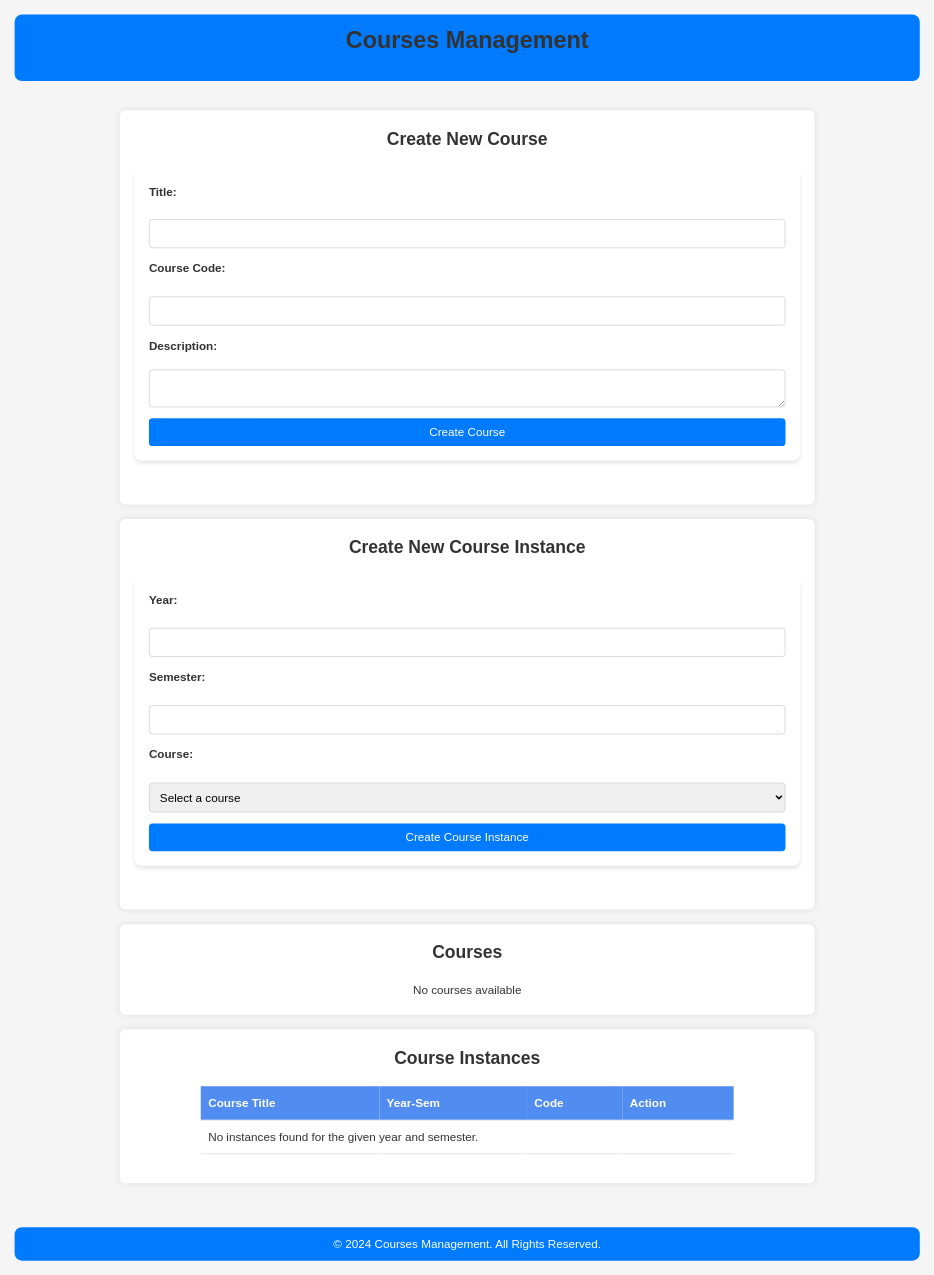
Repository: Rajdeep00-bit/Course_frontend
Page: /
The author's editor kept a copy of each file at every save. The page is drawn from the files as they stood at one save, then again after the next save.
The browser window is 1280 px wide. The pictures show the whole page, at 73% of full size.
The page's requests for data from a server got no answer. The project was rebuilt for these pictures with package versions that can differ from the ones it lists, and the page was loaded fresh each time. No one was signed in, and anything a server would have sent is missing. Also part of the build but not shown: src/components/CourseInstanceDetails.js.

Above is the page before, as saved 2024-09-12 11:29:13.

### src/index.js
import React from 'react';
import ReactDOM from 'react-dom/client';
import './index.css';
import App from './App';




const root = ReactDOM.createRoot(document.getElementById('root'));
root.render(
  <React.StrictMode>
    <App />
  </React.StrictMode>
);

### src/index.css
/* Reset some default styles */
* {
  margin: 0;
  padding: 0;
  box-sizing: border-box;
}

body {
  font-family: 'Arial', sans-serif;
  background-color: #f4f4f9;
  color: #333;
  line-height: 1.6;
  padding: 20px;
}

h1, h2, h3, h4, h5, h6 {
  margin-bottom: 20px;
  color: #333;
}

.container {
  max-width: 1200px;
  margin: 0 auto;
  padding: 20px;
}

/* General button styles */
button {
  background-color: #007bff;
  color: white;
  padding: 10px 15px;
  border: none;
  border-radius: 5px;
  cursor: pointer;
  font-size: 16px;
  transition: background-color 0.3s ease;
}

button:hover {
  background-color: #0056b3;
}

/* Form styles */
form {
  background-color: white;
  padding: 20px;
  margin-bottom: 40px;
  border-radius: 10px;
  box-shadow: 0 4px 6px rgba(0, 0, 0, 0.1);
}

form div {
  margin-bottom: 15px;
}

form label {
  display: block;
  margin-bottom: 5px;
  font-weight: bold;
}

form input[type="text"],
form input[type="number"],
form select {
  width: 100%;
  padding: 10px;
  margin-top: 5px;
  border: 1px solid #ccc;
  border-radius: 5px;
  font-size: 16px;
}

/* List styles */
ul {
  list-style: none;
  padding: 0;
}

li {
  background-color: white;
  padding: 15px;
  margin-bottom: 10px;
  border-radius: 10px;
  display: flex;
  justify-content: space-between;
  align-items: center;
  box-shadow: 0 4px 6px rgba(0, 0, 0, 0.1);
}

li button {
  background-color: #dc3545;
}

li button:hover {
  background-color: #c82333;
}

/* Header styles */
header {
  background-color: #007bff;
  color: white;
  padding: 20px;
  text-align: center;
  border-radius: 10px;
  margin-bottom: 40px;
}

/* Course and Course Instance Styles */
.course, .course-instance {
  display: flex;
  justify-content: space-between;
  align-items: center;
  padding: 15px;
  margin-bottom: 10px;
  background-color: white;
  border-radius: 10px;
  box-shadow: 0 4px 6px rgba(0, 0, 0, 0.1);
}

.course-info, .instance-info {
  display: flex;
  flex-direction: column;
}

.course-info h3, .instance-info h3 {
  margin-bottom: 5px;
}

/* Footer */
footer {
  text-align: center;
  padding: 20px;
  margin-top: 40px;
  background-color: #007bff;
  color: white;
  border-radius: 10px;
}

### src/App.css
body {
  margin: 0;
  font-family: Arial, sans-serif;
  background-color: #f5f5f5;
}

.App {
  text-align: center;
}

.header {
  background-color: #007bff;
  color: white;
  padding: 10px 0;
  margin-bottom: 20px;
}

.container {
  width: 80%;
  margin: 0 auto;
}

.section {
  background-color: white;
  padding: 20px;
  margin-bottom: 20px;
  box-shadow: 0px 0px 10px rgba(0, 0, 0, 0.1);
  border-radius: 8px;
}

.form {
  display: flex;
  flex-direction: column;
  gap: 15px;
}

.form label {
  font-weight: bold;
  text-align: left;
}

.form input, .form textarea, .form select {
  padding: 10px;
  border-radius: 5px;
  border: 1px solid #ccc;
}

.form button {
  padding: 10px;
  background-color: #007bff;
  color: white;
  border: none;
  border-radius: 5px;
  cursor: pointer;
}

.form button:hover {
  background-color: #0056b3;
}

ul {
  list-style-type: none;
  padding: 0;
}

ul li {
  background-color: #f9f9f9;
  margin: 10px 0;
  padding: 10px;
  border-radius: 5px;
  box-shadow: 0px 0px 5px rgba(0, 0, 0, 0.1);
}

ul li button {
  margin-left: 10px;
}

.course-details, .instance-details {
  margin-top: 20px;
  text-align: left;
}

.footer {
  background-color: #007bff;
  color: white;
  padding: 10px 0;
  margin-top: 20px;
}
.course-details {
  margin-top: 20px;
  padding: 15px;
  border: 1px solid #ddd;
  background-color: #f9f9f9;
}
.course-details h3 {
  margin-bottom: 10px;
}
.course-instance-list {
  margin: 20px auto;
  width: 80%;
}

table {
  width: 100%;
  border-collapse: collapse;
}

thead {
  background-color: #518cf0;
  color: white;
}

th, td {
  padding: 10px;
  text-align: left;
  border-bottom: 1px solid #ddd;
}

tbody tr:nth-child(even) {
  background-color: #f9f9f9;
}

.action-btn {
  background-color: #ff4d4d;
  color: white;
  padding: 5px 10px;
  border: none;
  border-radius: 5px;
  cursor: pointer;
}

.action-btn:hover {
  background-color: #ff3333;
}

.selected-instance-details {
  margin-top: 20px;
  background-color: #f0f8ff;
  padding: 15px;
  border-radius: 5px;
}

### src/components/CourseForm.js
import React, { useState } from 'react';

function CourseForm({ onCourseCreated }) {
  const [title, setTitle] = useState('');
  const [courseCode, setCourseCode] = useState('');
  const [description, setDescription] = useState('');

  const handleSubmit = (event) => {
    event.preventDefault();

    const course = {
      title: title,
      course_code: courseCode,
      description: description,
    };

    fetch('http://127.0.0.1:8000/api/courses/', {
      method: 'POST',
      headers: {
        'Content-Type': 'application/json',
      },
      body: JSON.stringify(course),
    })
      .then((response) => {
        if (!response.ok) {
          throw new Error(`Error: ${response.status} ${response.statusText}`);
        }
        return response.json();
      })
      .then((data) => {
        // Clear form fields
        setTitle('');
        setCourseCode('');
        setDescription('');

        // Call the onCourseCreated prop to fetch the updated course list
        if (onCourseCreated) {
          onCourseCreated();
        }
      })
      .catch((error) => {
        console.error('Error creating course:', error);
      });
  };

  return (
    <form className="form" onSubmit={handleSubmit}>
      <label>Title:</label>
      <input
        type="text"
        value={title}
        onChange={(e) => setTitle(e.target.value)}
        required
      />

      <label>Course Code:</label>
      <input
        type="text"
        value={courseCode}
        onChange={(e) => setCourseCode(e.target.value)}
        required
      />

      <label>Description:</label>
      <textarea
        value={description}
        onChange={(e) => setDescription(e.target.value)}
        required
      />

      <button type="submit">Create Course</button>
    </form>
  );
}

export default CourseForm;

### src/components/CourseInstanceForm.js
// CourseInstanceForm.js
import React, { useState, useEffect } from 'react';

function CourseInstanceForm({ onInstanceCreated, year, semester, setYear, setSemester, fetchNewCourse, setFetchNewCourse }) {
  const [courseId, setCourseId] = useState('');
  const [courses, setCourses] = useState([]);

  // Fetch courses
  useEffect(() => {
    fetch('http://127.0.0.1:8000/api/courses/')
      .then((response) => response.json())
      .then((data) => setCourses(data))
      .catch((error) => console.error('Error fetching courses:', error));
  }, [fetchNewCourse]);

  const handleSubmit = (event) => {
    event.preventDefault();

    const courseInstance = {
      course: courseId,
      year: year,
      semester: semester
    };

    fetch('http://127.0.0.1:8000/api/instances/', {
      method: 'POST',
      headers: {
        'Content-Type': 'application/json'
      },
      body: JSON.stringify(courseInstance)
    })
      .then(response => response.json())
      .then(() => {
        // Clear the form
        setCourseId('');
        setYear('');
        setSemester('');
        onInstanceCreated();  // Trigger refresh of instances
      })
      .catch(error => console.error('Error creating course instance:', error));
  };

  return (
    <form className="form" onSubmit={handleSubmit}>
      <label>Year:</label>
      <input
        type="text"
        value={year}
        onChange={(e) => setYear(e.target.value)}
        required
      />

      <label>Semester:</label>
      <input
        type="text"
        value={semester}
        onChange={(e) => setSemester(e.target.value)}
        required
      />

      <label>Course:</label>
      <select value={courseId} onChange={(e) => setCourseId(e.target.value)} required>
        <option value="">Select a course</option>
        {courses.map((course) => (
          <option key={course.id} value={course.id}>{course.title}</option>
        ))}
      </select>

      <button type="submit">Create Course Instance</button>
    </form>
  );
}

export default CourseInstanceForm;

### src/components/CourseInstanceList.js
import React, { useState } from 'react';

function CourseInstanceList({ instances, setInstances, year, semester, deleteInstance }) {
  const [selectedInstance, setSelectedInstance] = useState(null);

  // Fetch instance details
  const viewInstanceDetails = (id) => {
    console.log(`Fetching details for ID: ${id}, Year: ${year}, Semester: ${semester}`);

    if (!year || !semester) {
      alert("Year and semester must be set to fetch instance details.");
      return;
    }

    const apiUrl = `http://127.0.0.1:8000/api/instances/${year}/${semester}/${id}/`;
    console.log("API URL:", apiUrl);

    fetch(apiUrl)
      .then((response) => {
        if (!response.ok) {
          throw new Error(`Failed to fetch instance details: ${response.status}`);
        }
        return response.json();
      })
      .then((data) => {
        console.log("Fetched instance details:", data);
        setSelectedInstance(data);
      })
      .catch((error) => {
        console.error('Error fetching instance details:', error);
        alert('Failed to fetch instance details.');
      });
  };

  return (
    <div className="course-instance-list">
      <table>
        <thead>
          <tr>
            <th>Course Title</th>
            <th>Year-Sem</th>
            <th>Code</th>
            <th>Action</th>
          </tr>
        </thead>
        <tbody>
          {instances.length === 0 ? (
            <tr>
              <td colSpan="4">No instances found for the given year and semester.</td>
            </tr>
          ) : (
            instances.map((instance) => {
              // Log each instance for debugging
              console.log("Rendering instance:", instance);

              return (
                <tr key={instance.id}>
                  <td>{instance.course ? instance.course.title : 'Course title unavailable'}</td>
                  <td>{`${instance.year}-${instance.semester}`}</td>
                  <td>{instance.code ? instance.code : 'No code available'}</td>
                  <td>
                    <button onClick={() => deleteInstance(instance.id)} className="action-btn">
                      Delete
                    </button>
                  </td>
                </tr>
              );
            })
          )}
        </tbody>
      </table>

      {/* Display the selected instance details, if needed */}
      {selectedInstance && selectedInstance.course && (
        <div className="selected-instance-details">
          <h2>Course Instance Details</h2>
          <p><strong>Title:</strong> {selectedInstance.course.title}</p>
          <p><strong>Year:</strong> {selectedInstance.year}</p>
          <p><strong>Semester:</strong> {selectedInstance.semester}</p>
          <p><strong>Code:</strong> {selectedInstance.code}</p>
        </div>
      )}
    </div>
  );
}

export default CourseInstanceList;

Loaded but not shown: src/App.js (198 lines, source omitted); src/components/CourseList.js (230 lines, source omitted)

After the next save:
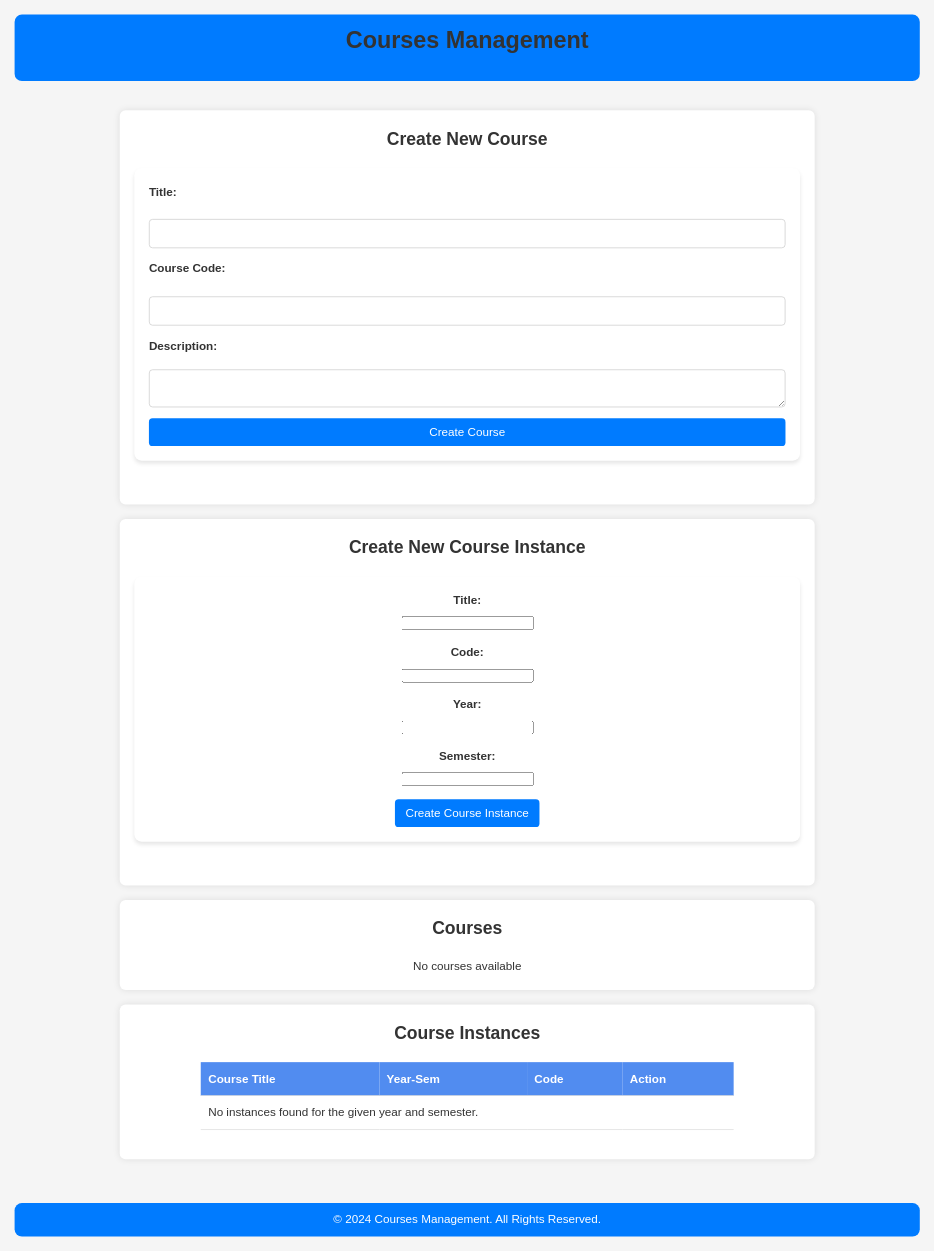
Saved 4 min 21 s later.
--- a/src/components/CourseInstanceForm.js
+++ b/src/components/CourseInstanceForm.js
@@ -1,71 +1,67 @@
-// CourseInstanceForm.js
-import React, { useState, useEffect } from 'react';
+import React, { useState } from 'react';
 
-function CourseInstanceForm({ onInstanceCreated, year, semester, setYear, setSemester, fetchNewCourse, setFetchNewCourse }) {
-  const [courseId, setCourseId] = useState('');
-  const [courses, setCourses] = useState([]);
+function CourseInstanceForm({ onInstanceCreated, year, semester, setYear, setSemester }) {
+  const [title, setTitle] = useState('');
+  const [code, setCode] = useState('');
 
-  // Fetch courses
-  useEffect(() => {
-    fetch('http://127.0.0.1:8000/api/courses/')
-      .then((response) => response.json())
-      .then((data) => setCourses(data))
-      .catch((error) => console.error('Error fetching courses:', error));
-  }, [fetchNewCourse]);
+  const handleSubmit = (e) => {
+    e.preventDefault();
 
-  const handleSubmit = (event) => {
-    event.preventDefault();
-
-    const courseInstance = {
-      course: courseId,
-      year: year,
-      semester: semester
+    const newInstance = {
+      id: Date.now(), // Unique ID for this instance (you can change this logic)
+      course: { title }, // Assuming 'course' holds the title
+      year,
+      semester,
+      code,
     };
 
+    // API call to create the new course instance
     fetch('http://127.0.0.1:8000/api/instances/', {
       method: 'POST',
       headers: {
-        'Content-Type': 'application/json'
+        'Content-Type': 'application/json',
       },
-      body: JSON.stringify(courseInstance)
+      body: JSON.stringify(newInstance),
     })
-      .then(response => response.json())
-      .then(() => {
-        // Clear the form
-        setCourseId('');
+      .then((response) => {
+        if (!response.ok) {
+          throw new Error('Failed to create course instance');
+        }
+        return response.json();
+      })
+      .then((data) => {
+        // Call the parent function to update the list
+        onInstanceCreated(data);
+        // Clear form
+        setTitle('');
+        setCode('');
         setYear('');
         setSemester('');
-        onInstanceCreated();  // Trigger refresh of instances
       })
-      .catch(error => console.error('Error creating course instance:', error));
+      .catch((error) => {
+        console.error('Error creating course instance:', error);
+        alert('Failed to create course instance.');
+      });
   };
 
   return (
-    <form className="form" onSubmit={handleSubmit}>
-      <label>Year:</label>
-      <input
-        type="text"
-        value={year}
-        onChange={(e) => setYear(e.target.value)}
-        required
-      />
-
-      <label>Semester:</label>
-      <input
-        type="text"
-        value={semester}
-        onChange={(e) => setSemester(e.target.value)}
-        required
-      />
-
-      <label>Course:</label>
-      <select value={courseId} onChange={(e) => setCourseId(e.target.value)} required>
-        <option value="">Select a course</option>
-        {courses.map((course) => (
-          <option key={course.id} value={course.id}>{course.title}</option>
-        ))}
-      </select>
-
+    <form onSubmit={handleSubmit}>
+      <div>
+        <label>Title:</label>
+        <input value={title} onChange={(e) => setTitle(e.target.value)} required />
+      </div>
+      <div>
+        <label>Code:</label>
+        <input value={code} onChange={(e) => setCode(e.target.value)} required />
+      </div>
+      <div>
+        <label>Year:</label>
+        <input value={year} onChange={(e) => setYear(e.target.value)} required />
+      </div>
+      <div>
+        <label>Semester:</label>
+        <input value={semester} onChange={(e) => setSemester(e.target.value)} required />
+      </div>
       <button type="submit">Create Course Instance</button>
     </form>
   );

After the save that followed:
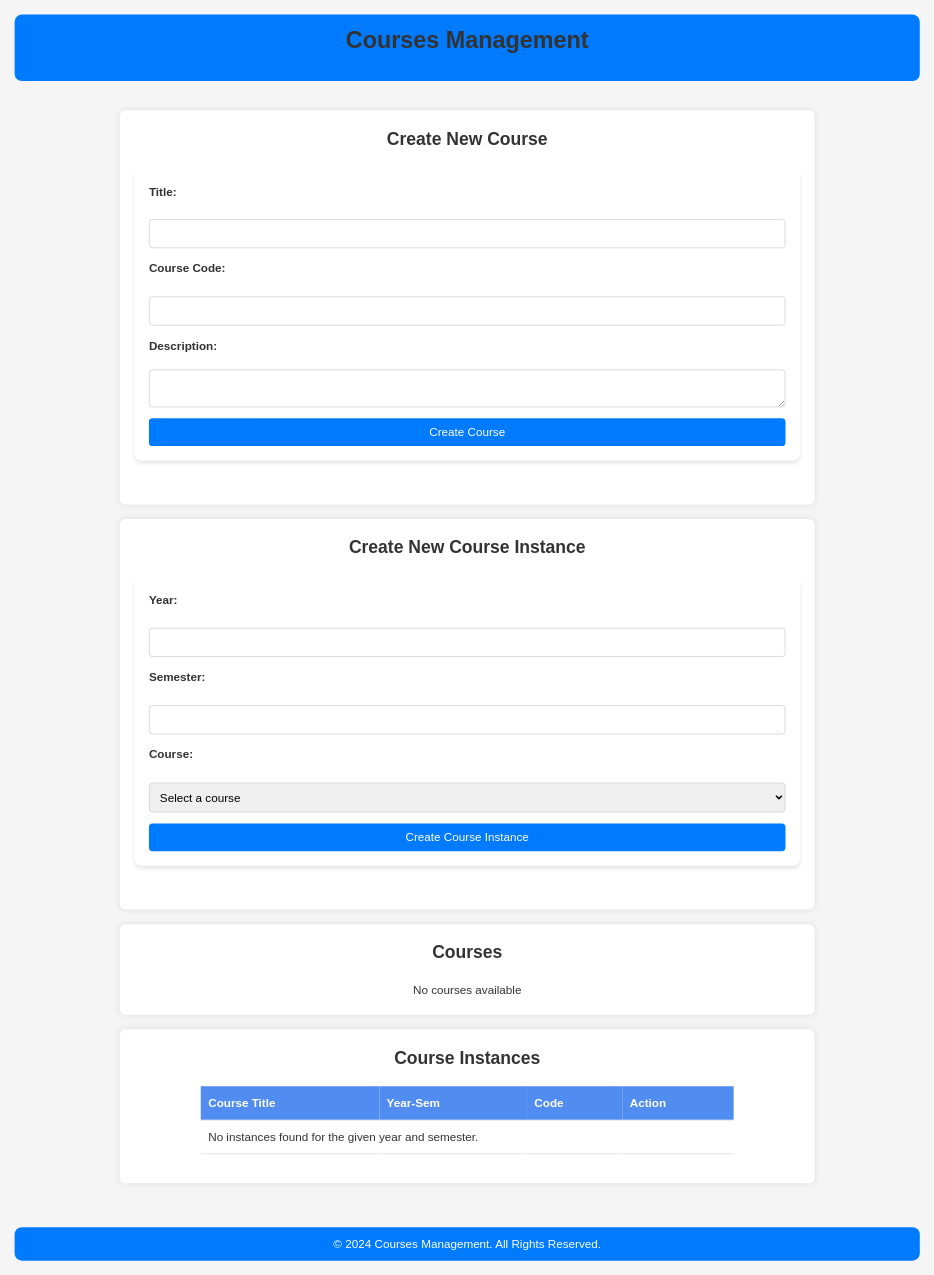
Saved 2 min 43 s later.
--- a/src/components/CourseInstanceForm.js
+++ b/src/components/CourseInstanceForm.js
@@ -1,67 +1,71 @@
-import React, { useState } from 'react';
+// CourseInstanceForm.js
+import React, { useState, useEffect } from 'react';
 
-function CourseInstanceForm({ onInstanceCreated, year, semester, setYear, setSemester }) {
-  const [title, setTitle] = useState('');
-  const [code, setCode] = useState('');
+function CourseInstanceForm({ onInstanceCreated, year, semester, setYear, setSemester, fetchNewCourse, setFetchNewCourse }) {
+  const [courseId, setCourseId] = useState('');
+  const [courses, setCourses] = useState([]);
 
-  const handleSubmit = (e) => {
-    e.preventDefault();
+  // Fetch courses
+  useEffect(() => {
+    fetch('http://127.0.0.1:8000/api/courses/')
+      .then((response) => response.json())
+      .then((data) => setCourses(data))
+      .catch((error) => console.error('Error fetching courses:', error));
+  }, [fetchNewCourse]);
 
-    const newInstance = {
-      id: Date.now(), // Unique ID for this instance (you can change this logic)
-      course: { title }, // Assuming 'course' holds the title
-      year,
-      semester,
-      code,
+  const handleSubmit = (event) => {
+    event.preventDefault();
+
+    const courseInstance = {
+      course: courseId,
+      year: year,
+      semester: semester
     };
 
-    // API call to create the new course instance
     fetch('http://127.0.0.1:8000/api/instances/', {
       method: 'POST',
       headers: {
-        'Content-Type': 'application/json',
+        'Content-Type': 'application/json'
       },
-      body: JSON.stringify(newInstance),
+      body: JSON.stringify(courseInstance)
     })
-      .then((response) => {
-        if (!response.ok) {
-          throw new Error('Failed to create course instance');
-        }
-        return response.json();
-      })
-      .then((data) => {
-        // Call the parent function to update the list
-        onInstanceCreated(data);
-        // Clear form
-        setTitle('');
-        setCode('');
+      .then(response => response.json())
+      .then(() => {
+        // Clear the form
+        setCourseId('');
         setYear('');
         setSemester('');
+        onInstanceCreated();  // Trigger refresh of instances
       })
-      .catch((error) => {
-        console.error('Error creating course instance:', error);
-        alert('Failed to create course instance.');
-      });
+      .catch(error => console.error('Error creating course instance:', error));
   };
 
   return (
-    <form onSubmit={handleSubmit}>
-      <div>
-        <label>Title:</label>
-        <input value={title} onChange={(e) => setTitle(e.target.value)} required />
-      </div>
-      <div>
-        <label>Code:</label>
-        <input value={code} onChange={(e) => setCode(e.target.value)} required />
-      </div>
-      <div>
-        <label>Year:</label>
-        <input value={year} onChange={(e) => setYear(e.target.value)} required />
-      </div>
-      <div>
-        <label>Semester:</label>
-        <input value={semester} onChange={(e) => setSemester(e.target.value)} required />
-      </div>
+    <form className="form" onSubmit={handleSubmit}>
+      <label>Year:</label>
+      <input
+        type="text"
+        value={year}
+        onChange={(e) => setYear(e.target.value)}
+        required
+      />
+
+      <label>Semester:</label>
+      <input
+        type="text"
+        value={semester}
+        onChange={(e) => setSemester(e.target.value)}
+        required
+      />
+
+      <label>Course:</label>
+      <select value={courseId} onChange={(e) => setCourseId(e.target.value)} required>
+        <option value="">Select a course</option>
+        {courses.map((course) => (
+          <option key={course.id} value={course.id}>{course.title}</option>
+        ))}
+      </select>
+
       <button type="submit">Create Course Instance</button>
     </form>
   );
